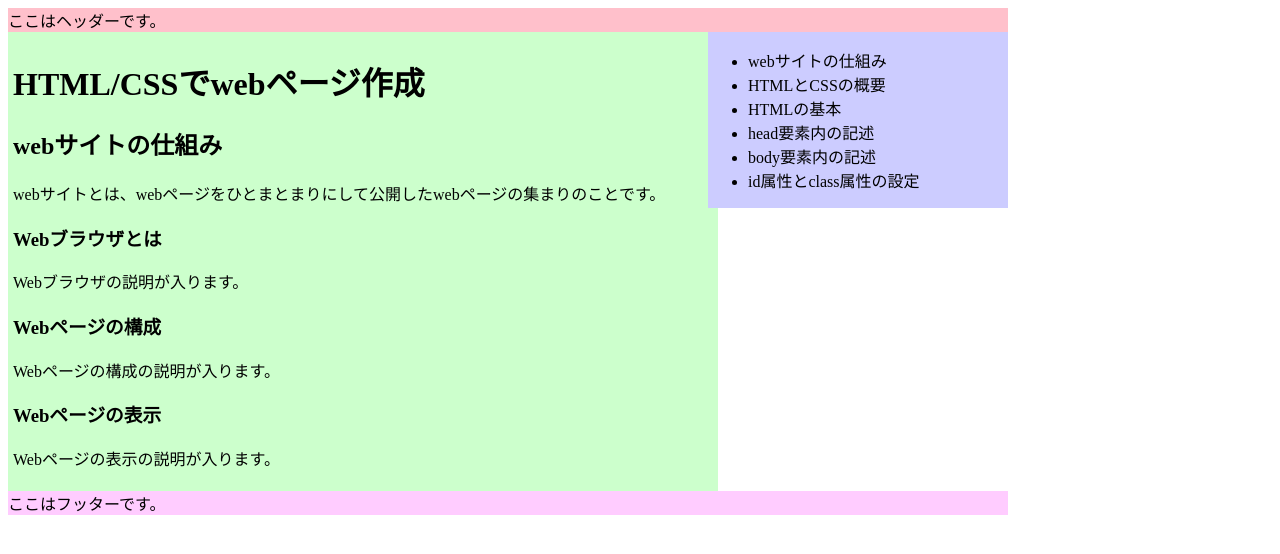
Repository: manueda/practice1
Page: kadai.html
The author's editor kept a record of every edit. The page is drawn from the files as they stood at one moment, then again after the next edit.
The browser window is 1280 px wide. The pictures show the whole page.

Above is the page before.

### kadai.html
<!DOCTYPE html>
<html lang="ja">
    <head>
        <meta charset="UTF-8">
        <link rel="stylesheet"
        href="kadai.css">
        <title>LESSON13</title>
    </head>
    <body>
        <header>ここはヘッダーです。
        </header>
            <div id="wrapper">
            <nav id="menu">
                <ul>
                    <li>webサイトの仕組み</li>
                    <li>HTMLとCSSの概要</li>
                    <li>HTMLの基本</li>
                    <li>head要素内の記述</li>
                    <li>body要素内の記述</li>
                    <li>id属性とclass属性の設定</li>

                </ul>
            </nav>
            <div id="main">
                    <h1>HTML/CSSでwebページ作成</h1>
                        <h2>webサイトの仕組み</h2>
                        webサイトとは、webページをひとまとまりにして公開したwebページの集まりのことです。
                        <h3>Webブラウザとは</h3>
                        Webブラウザの説明が入ります。
                        <h3>Webページの構成</h3>
                        <p>Webページの構成の説明が入ります。
                        </p>
                        <h3>Webページの表示</h3>
                        <p>Webページの表示の説明が入ります。
                        </p>
                </div>
             </div>
        <footer>ここはフッターです。
        </footer>
    </body>
</html>

### kadai.css
header {
    width: 1000px;
    margin: 0;
    background: pink;
}

#wrapper {
  width: 1000px;
}

#main {
    height: auto;
    width: 700px;
    padding: 5px;
    margin-top: 0;
    background: #ccffcc;
}

#menu {
  float: right;
  width: 300px;
  margin: 0;
  background: #ccccff;
}

footer {
    width: 1000px;
    margin: 0;
    background: #ffccff;
}

After the next edit:
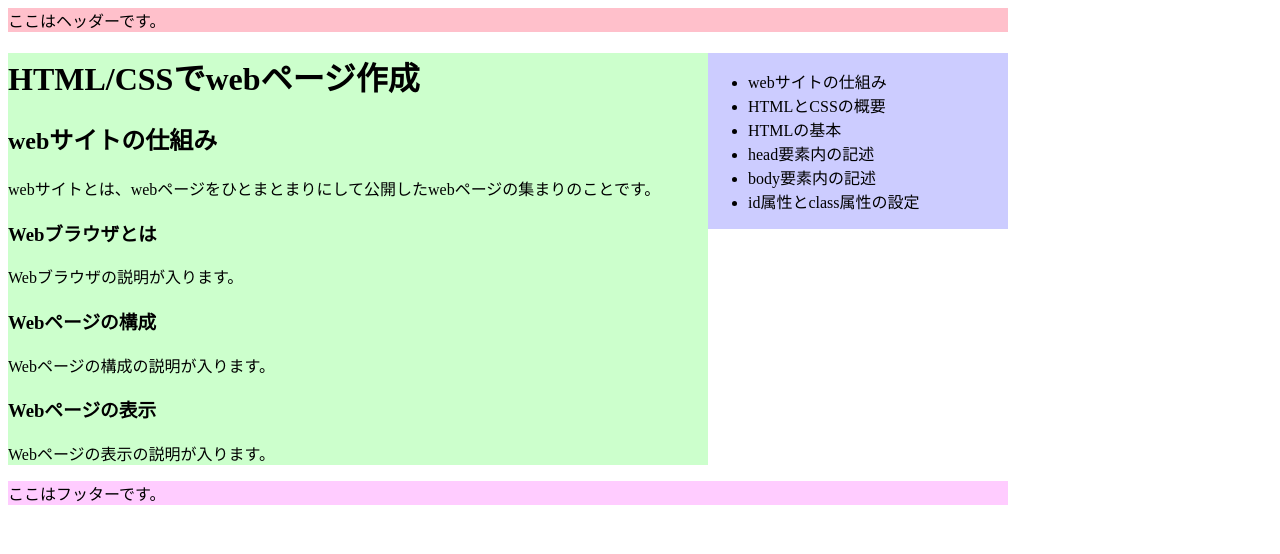
The edit:
--- a/kadai.css
+++ b/kadai.css
@@ -11,7 +11,6 @@
 #main {
     height: auto;
     width: 700px;
-    padding: 5px;
     margin-top: 0;
     background: #ccffcc;
 }
